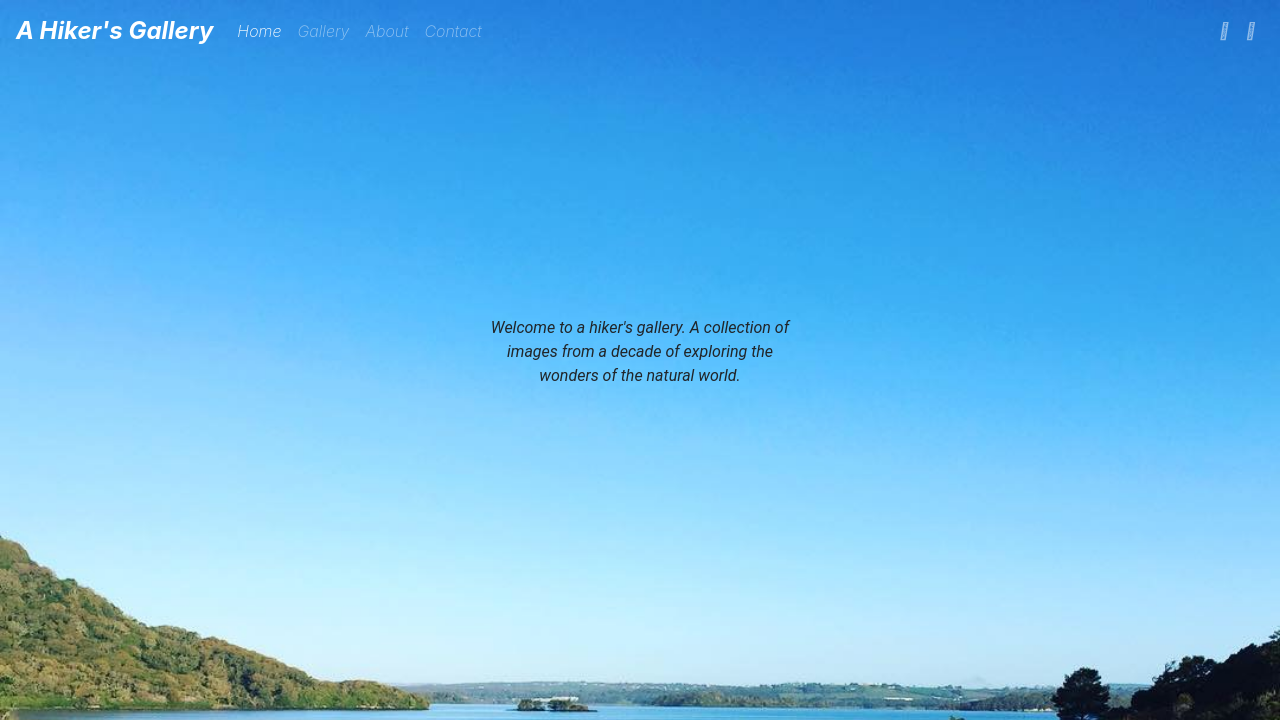
Repository: S-Perring/hiker
Page: index.html
The author's editor kept a record of every edit. The page is drawn from the files as they stood at one moment, then again after the next edit.
The browser window is 1280 px wide. The pictures show the whole page.

Above is the page before.

### index.html
<!DOCTYPE html>
<html lang="en">
<head>
    <meta charset="UTF-8">
    <meta name="viewport" content="width=device-width, initial-scale=1.0">
    <meta http-equiv="X-UA-Compatible" content="ie=edge">
    <link rel="stylesheet" href="https://stackpath.bootstrapcdn.com/bootstrap/4.3.1/css/bootstrap.min.css" type="text/css" />
    <link rel="stylesheet" href="https://stackpath.bootstrapcdn.com/font-awesome/4.7.0/css/font-awesome.min.css" type="text/css" />
    <link rel="stylesheet" href="css/style.css" type="text/css" />
    <title>Hiker's Gallery</title>
</head>

<body>

<header>
  <nav class="navbar fixed-top navbar-expand-lg navbar-dark scrolling-navbar">
    <a class="navbar-brand" href="#"><strong>A Hiker's Gallery</strong></a>
    <button class="navbar-toggler" type="button" data-toggle="collapse" data-target="#navbarSupportedContent"
      aria-controls="navbarSupportedContent" aria-expanded="false" aria-label="Toggle navigation">
      <span class="navbar-toggler-icon"></span>
    </button>
    <div class="collapse navbar-collapse" id="navbarSupportedContent">
      <ul class="navbar-nav mr-auto">
        <li class="nav-item active">
          <a class="nav-link" href="#">Home <span class="sr-only">(current)</span></a>
        </li>
        <li class="nav-item">
          <a class="nav-link" href="#">Gallery</a>
        </li>
        <li class="nav-item">
          <a class="nav-link" href="#">About</a>
        </li>
        <li class="nav-item">
          <a class="nav-link" href="#">Contact</a>
        </li>
      </ul>
      <ul class="navbar-nav nav-flex-icons">
        <li class="nav-item">
          <a class="nav-link"><i class="fab fa-facebook-f"></i></a>
        </li>
        <li class="nav-item">
          <a class="nav-link"><i class="fab fa-instagram"></i></a>
        </li>
      </ul>
    </div>
  </nav>

</header>

<section>
    <div class="main-pic">

        <div class="Greeting">
            <p>Welcome to a hiker's gallery. A collection of images from a decade of exploring the wonders of the natural world.</p>
        </div>
    </div>


</section>

<footer>

</footer>


</body>

</html>

### css/style.css
.nav-link {
    color: #f0ece1;
    font-weight: 200;
    font-style: italic;
}


.main-pic {
    background-image: url(../css/images/IMG_5437.JPG);
    background-size: cover;
    max-width: 100%;
    height: 100vh;
    padding: 0;
    display: flex;
    align-items: center;
    justify-content: center;
    position: relative;
    background-repeat: no-repeat;

}

.container {
    margin: 0;
    margin-right: 0;
    padding: 0;

}



.navbar-brand {
    font: 'Apple Chancery', sans-serif;
    font-size: x-large;
    font-style: italic;
    color: #f0ece1;
}

p {
    font-family: 'Roboto', sans-serif;
    text-align: center;
    font-style: italic;

}

footer {
    position: relative;
    font-family: 'Roboto';
    font-style: italic;
    background-color: rgba(255, 255, 128, .5);
}

p {
    padding: 30%;
}

After the next edit:
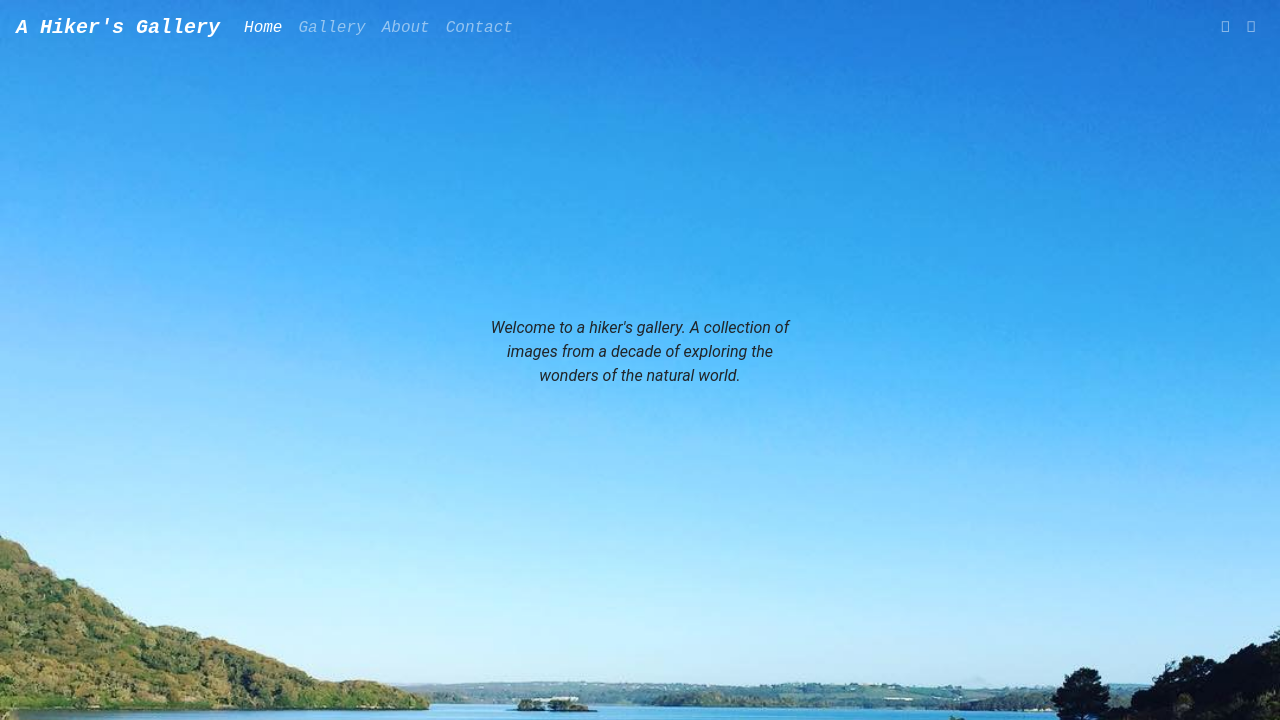
The edit:
--- a/css/style.css
+++ b/css/style.css
@@ -52,3 +52,7 @@
 p {
     padding: 30%;
 }
+
+body {
+    font-family: monospace;
+}
